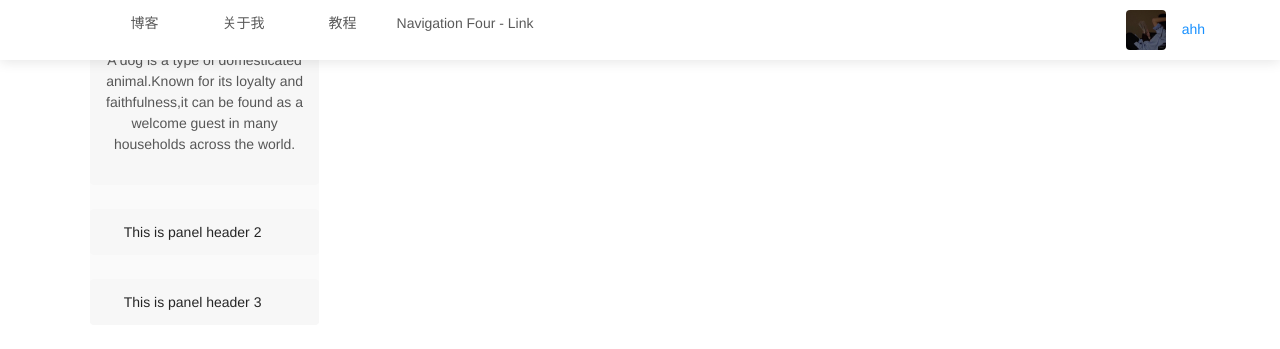
Repository: GitDjAr/blog
Page: /notes (app in myblog/)
An editor plug-in stored every save of this project. The page is shown before and after the next save, followed by the edit.
The browser window is 1280 px wide. The pictures show the whole page.
The project was rebuilt for these pictures with package versions that can differ from the ones it lists, and the page was loaded fresh each time. Also part of the build but not shown: myblog/webpack.config.js. Imported but missing from the stored project, and not drawn on this page: myblog/src/store/getters, myblog/src/views/about/about.

Above is the page before, as saved 2020-12-27 19:16:15.

After the next save:
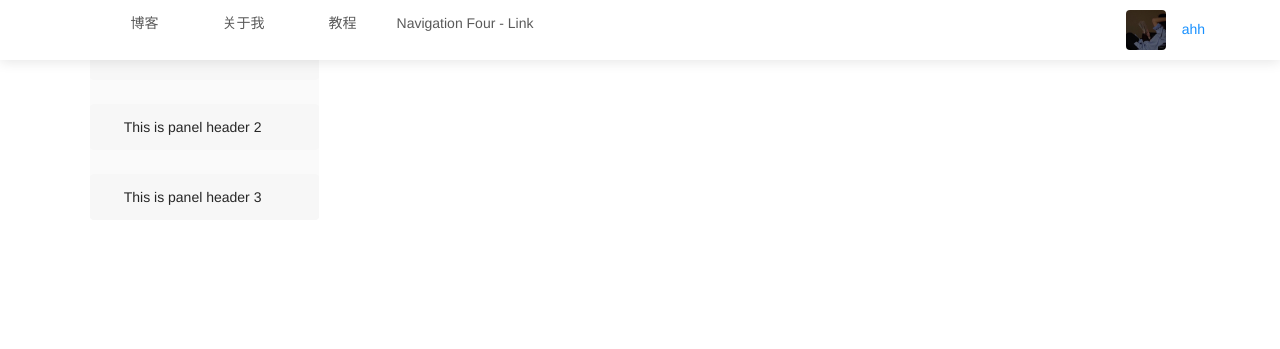
Saved 3 min 13 s later.
--- a/myblog/src/views/notes/notes.vue
+++ b/myblog/src/views/notes/notes.vue
@@ -10,7 +10,7 @@
               <a-icon type="caret-right" :rotate="props.isActive ? 90 : 0" />
             </template>
             <a-collapse-panel key="1" header="This is panel header 1" :style="customStyle">
-              <p>{{ text }}</p>
+              <p v-for="(item, index) in 4"></p>
             </a-collapse-panel>
             <a-collapse-panel key="2" header="This is panel header 2" :style="customStyle">
               <p>{{ text }}</p>
